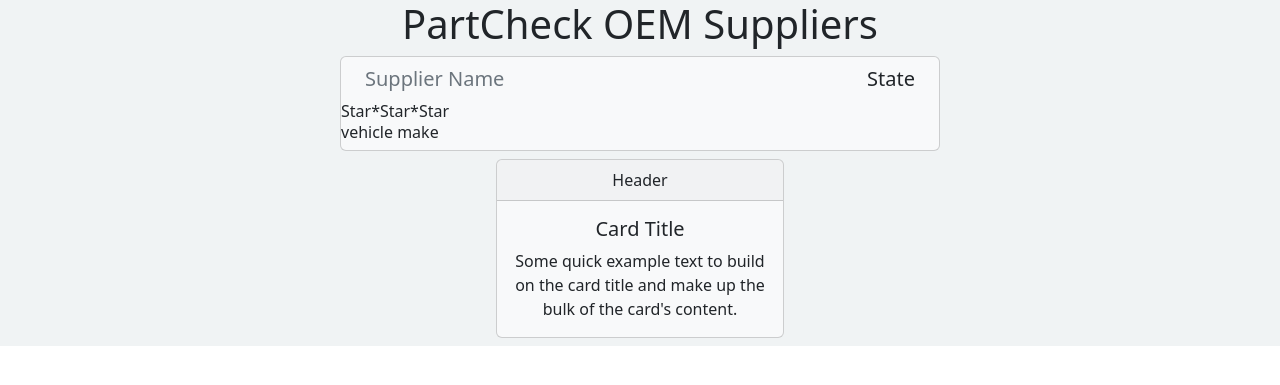
Repository: trungna4699/coding_challenge
Page: /
The author's editor kept a copy of each file at every save. The page is drawn from the files as they stood at one save, then again after the next save.
The browser window is 1280 px wide. The pictures show the whole page.
The project was rebuilt for these pictures with package versions that can differ from the ones it lists, and the page was loaded fresh each time.

Above is the page before, as saved 2022-09-01 16:37:58.

### src/index.css
body {
  margin: 0;
  background-color: #F0F3F4;
  font-family: -apple-system, BlinkMacSystemFont, 'Segoe UI', 'Roboto', 'Oxygen',
    'Ubuntu', 'Cantarell', 'Fira Sans', 'Droid Sans', 'Helvetica Neue',
    sans-serif;
  -webkit-font-smoothing: antialiased;
  -moz-osx-font-smoothing: grayscale;
}

code {
  font-family: source-code-pro, Menlo, Monaco, Consolas, 'Courier New',
    monospace;
}

### src/App.js
import './App.css';
import 'bootstrap/dist/css/bootstrap.min.css';

import Card from 'react-bootstrap/Card';
import Col from 'react-bootstrap/Col';
import Row from 'react-bootstrap/Row';

function App() {
  return (
    <div className="App">
      <h1>PartCheck OEM Suppliers</h1>

      <div className='listContainer'>
        <Card
          bg={"light"}
          // key={variant}
          text={"dark"}
          style={{ width: '600px' }}
          className="mb-2"
        >
          <div className="supplierItems">
            <div className='supplierInfo'>
              <h5 className='text-secondary ms-4'>Supplier Name</h5>
              <h5 className='me-4'>State</h5>
            </div>

            <div className="ratingStar">
              Star*Star*Star
            </div>
            <div className="vehicleList">
              <h6>vehicle make</h6>
            </div>
          </div>
        </Card>

        <Card
          bg={"light"}
          // key={variant}
          text={"dark"}
          style={{ width: '18rem' }}
          className="mb-2"
        >
          <Card.Header>Header</Card.Header>
          <Card.Body>
            <Card.Title>Card Title </Card.Title>
            <Card.Text>
              Some quick example text to build on the card title and make up the
              bulk of the card's content.
            </Card.Text>
          </Card.Body>
        </Card>

      </div>


    </div>
  );
}

export default App;

### src/App.css
.App {
  background-color: #F0F3F4;
  text-align: center;
}

.listContainer {
  display: flex;
  flex-direction: column;
  align-items: center;
}

.supplierInfo {
  display: flex;
  justify-content: space-between;
  margin-top: 10px;
}

.ratingStar {
  display: flex;
}

.vehicleList {
  display: flex;
}



/* Default Settings */
.App-logo {
  height: 40vmin;
  pointer-events: none;
}

@media (prefers-reduced-motion: no-preference) {
  .App-logo {
    animation: App-logo-spin infinite 20s linear;
  }
}

.App-header {
  background-color: #282c34;
  min-height: 100vh;
  display: flex;
  flex-direction: column;
  align-items: center;
  justify-content: center;
  font-size: calc(10px + 2vmin);
  color: white;
}

.App-link {
  color: #61dafb;
}

@keyframes App-logo-spin {
  from {
    transform: rotate(0deg);
  }
  to {
    transform: rotate(360deg);
  }
}

Loaded but not shown: public/index.html (common file); src/index.js (common file); src/reportWebVitals.js (common file)

After the next save:
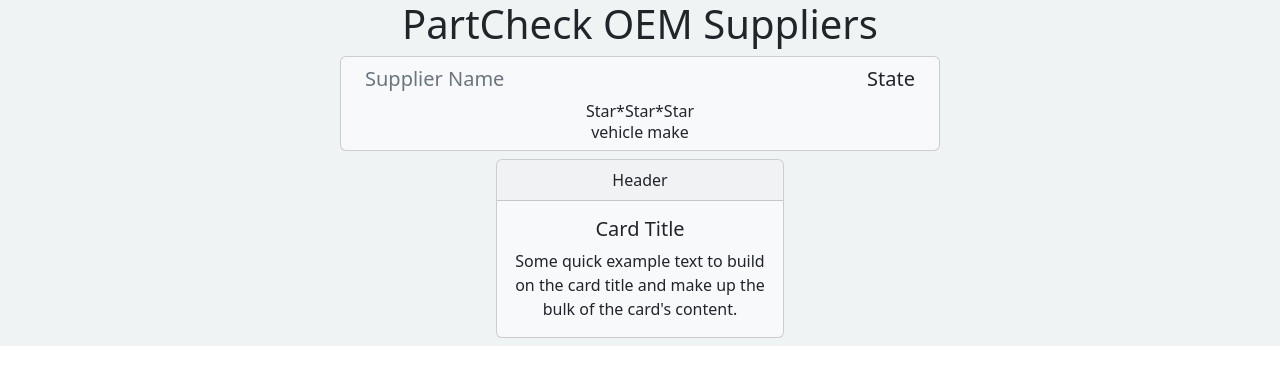
Saved 47 s later.
--- a/src/App.css
+++ b/src/App.css
@@ -15,11 +15,11 @@
   margin-top: 10px;
 }
 
-.ratingStar {
+#ratingStar {
   display: flex;
 }
 
-.vehicleList {
+#vehicleList {
   display: flex;
 }
 

After the save that followed:
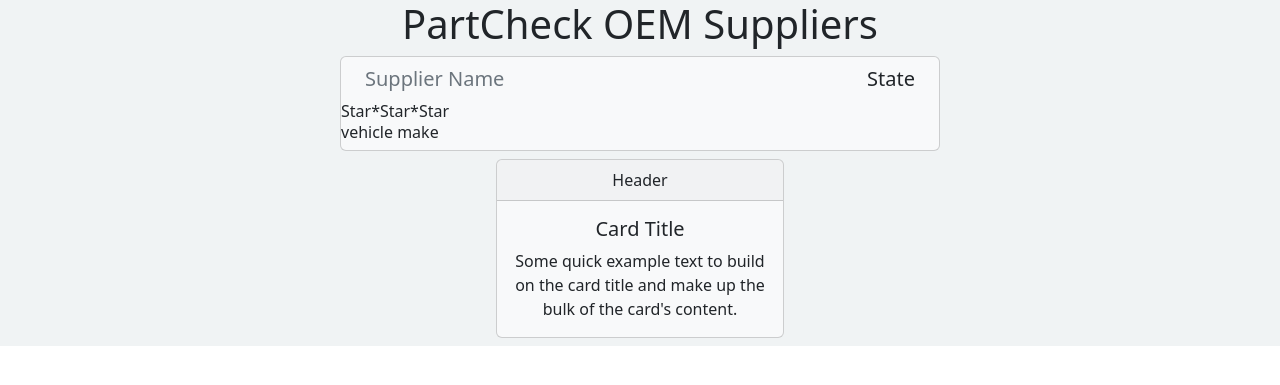
Saved 3 s later.
--- a/src/App.js
+++ b/src/App.js
@@ -24,10 +24,10 @@ function App() {
               <h5 className='me-4'>State</h5>
             </div>
 
-            <div className="ratingStar">
+            <div id="ratingStar">
               Star*Star*Star
             </div>
-            <div className="vehicleList">
+            <div id="vehicleList">
               <h6>vehicle make</h6>
             </div>
           </div>
